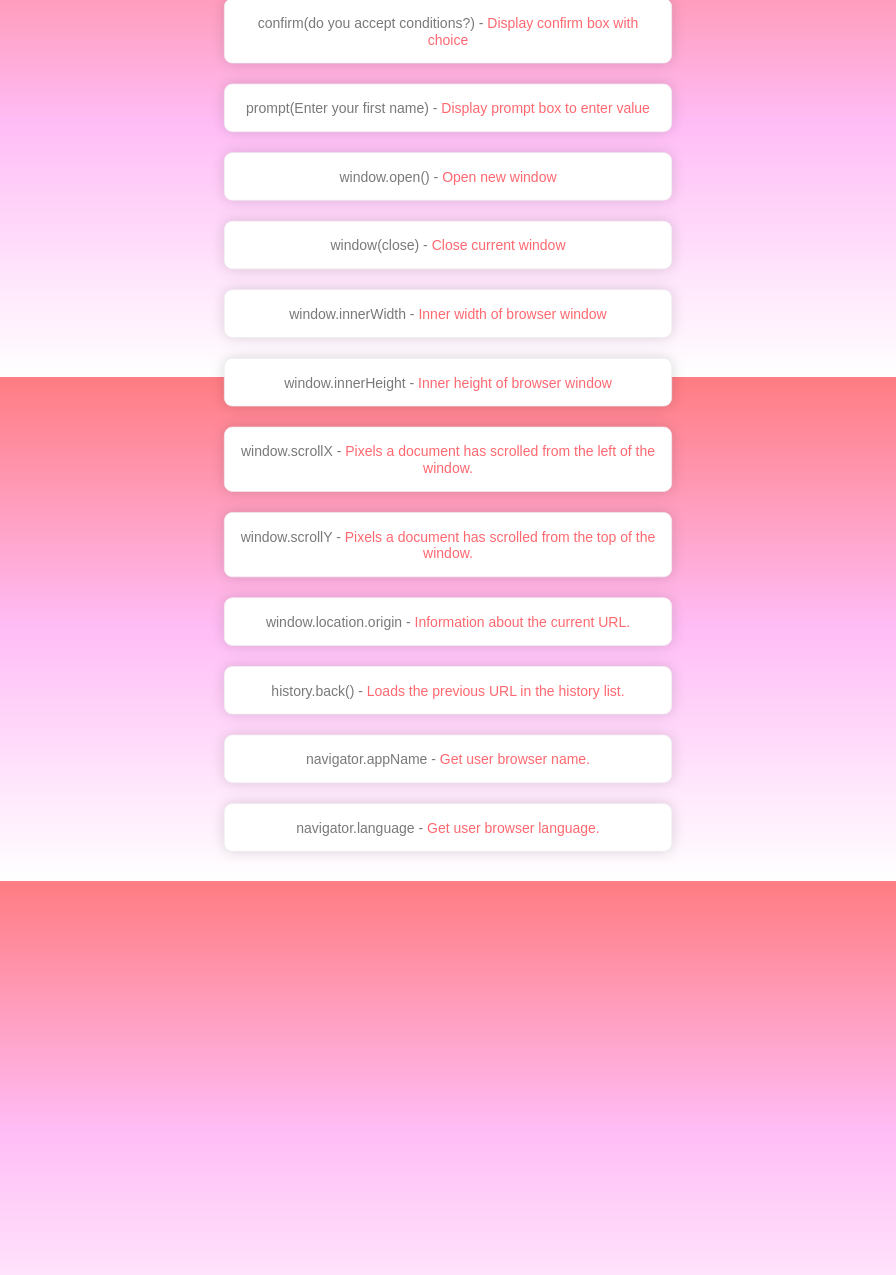
Repository: michalgornicki/javascript
Page: /#/Window
An editor plug-in stored every save of this project. The page is shown before and after the next save, followed by the edit.
The browser window is 1280 px wide. The pictures show the part of the page from y = 901 to 2821 px (the page is 2723 px tall before and 2821 px after), at 70% of full size.
Backgrounds fixed to the window are drawn as part of the page. The project was rebuilt for these pictures with package versions that can differ from the ones it lists, and the page was loaded fresh each time. Also part of the build but not shown: src/index.css, src/components/arrays.jsx, src/components/variables.jsx, src/components/numbers.jsx, src/components/loops.jsx, src/components/async.jsx, src/components/DOM manipulation.jsx.

Above is the page before, as saved 2022-02-01 08:35:32.

### src/App.jsx
import React from "react";
import "./App.css";
import "bootstrap/dist/css/bootstrap.min.css";
import { Route, HashRouter as Router, Routes, Link } from "react-router-dom";
import Arrays from "./components/arrays.jsx"
import Variables from "./components/variables.jsx"
import Numbers from "./components/numbers.jsx"
import Loops from "./components/loops.jsx"
import Async from "./components/async.jsx"
import DOM from "./components/DOM manipulation.jsx"
import Window from "./components/window.jsx"

function App() {


  return (
    <Router>
    <div className="text-center">
      <div className="display-1 mt-1 mb-5 text-white">Javascript repeat course</div>

      <div className="h3 d-flex w-75 m-auto my-5 justify-content-evenly flex-wrap text-white">

      <Link className="link-style mx-3" to="/">Arrays and objects</Link>
      <Link className="link-style mx-3" to="/Numbers">Numbers</Link>
      <Link className="link-style mx-3" to="/Variables">Variables</Link>
      <Link className="link-style mx-3" to="/Loops">Loops</Link>
      <Link className="link-style mx-3" to="/Async">Async</Link>
      <Link className="link-style mx-3" to="/DOM">DOM</Link>
      <Link className="link-style mx-3" to="/Window">Window</Link>


      </div>

      <Routes>
          <Route path="/" element={<Arrays />} />
          <Route path="/Numbers" element={<Numbers />} />
          <Route path="/Variables" element={<Variables />} />
          <Route path="/Loops" element={<Loops />} />
          <Route path="/Async" element={<Async />} />
          <Route path="/DOM" element={<DOM />} />
          <Route path="/Window" element={<Window />} />
        </Routes>


    </div>
    </Router>
  );
}

export default App;

### src/App.css
body{
    font-family: Arial, Helvetica, sans-serif!important;
    overflow-x: hidden;
    padding-bottom: 80vh;
    height: auto;
    background: linear-gradient(0deg, rgb(255, 255, 255), rgb(255, 189, 246), rgb(255, 124, 130));
    background-attachment: fixed;
}

.js-item{
    color:rgb(121, 121, 121);
    background-color: white;
    transition: 0.2s;
    padding: 3vh;
    margin-bottom: 4vh!important;
    border: 1px solid rgb(240, 240, 240);
    width: 50%;
    margin-left: auto;
    margin-right: auto;
    box-shadow: 0px 0px 20px rgba(0, 0, 0, 0.15);
    border-radius: 0.75rem;
}

.js-item:hover{
    cursor: pointer;
    background-color: rgb(240, 240, 240);
}

.text-pink{
    color:rgb(255, 104, 112)!important;
}

.link-style{
    color: inherit;
    text-decoration: inherit;
}

.link-style:hover{
    color: rgb(255, 104, 112);
}

@media only screen and (max-device-width: 600px), (max-width: 600px) {

    .js-item{
        width: 95%;
    }

}

### src/components/window.jsx
const Window = () => {
  return (
    <div className="">
      <div className="js-item h5">
        {" "}
        <span className="">{"Window"} -</span>
        <span className="text-pink"> This object represents an open window in a browser.</span> <br />
      </div>
      <div className="js-item h5">
        {" "}
        <span className="">{"setInterval(() => function(), 500)"} -</span>
        <span className="text-pink"> Repeat function() every 500 miliseconds </span> <br />
      </div>
      <div className="js-item h5">
        {" "}
        <span className="">{"clearInterval(myInterval)"} -</span>
        <span className="text-pink"> Clear myInterval from executing </span> <br />
      </div>
      <div className="js-item h5">
        {" "}
        <span className="">{"setTimeout(() => function(), 500)"} -</span>
        <span className="text-pink"> Execute function() after 500 miliseconds </span> <br />
      </div>
      <div className="js-item h5">
        {" "}
        <span className="">{"clearTimeout(MyTimeout)"} -</span>
        <span className="text-pink"> Prevent MyTimeout from executing </span> <br />
      </div>
      <div className="js-item h5">
        {" "}
        <span className="">{"alert(message)"} -</span>
        <span className="text-pink"> Display alert box with your message </span> <br />
      </div>
      <div className="js-item h5">
        {" "}
        <span className="">{"confirm(do you accept conditions?)"} -</span>
        <span className="text-pink"> Display confirm box with choice </span> <br />
      </div>
      <div className="js-item h5">
        {" "}
        <span className="">{"prompt(Enter your first name)"} -</span>
        <span className="text-pink"> Display prompt box to enter value </span> <br />
      </div>
      <div className="js-item h5">
        {" "}
        <span className="">{"window.open()"} -</span>
        <span className="text-pink"> Open new window </span> <br />
      </div>
      <div className="js-item h5">
        {" "}
        <span className="">{"window(close)"} -</span>
        <span className="text-pink"> Close current window </span> <br />
      </div>
      <div className="js-item h5">
        {" "}
        <span className="">{"window.innerWidth"} -</span>
        <span className="text-pink"> Inner width of browser window </span> <br />
      </div>
      <div className="js-item h5">
        {" "}
        <span className="">{"window.innerHeight"} -</span>
        <span className="text-pink"> Inner height of browser window </span> <br />
      </div>
      <div className="js-item h5">
        {" "}
        <span className="">{"window.scrollX"} -</span>
        <span className="text-pink"> Pixels a document has scrolled from the left of the window.</span> <br />
      </div>
      <div className="js-item h5">
        {" "}
        <span className="">{"window.scrollY"} -</span>
        <span className="text-pink"> Pixels a document has scrolled from the top of the window. </span> <br />
      </div>
      <div className="js-item h5">
        {" "}
        <span className="">{"window.location.origin"} -</span>
        <span className="text-pink"> Information about the current URL.</span> <br />
      </div>
      <div className="js-item h5">
        {" "}
        <span className="">{"history.back()"} -</span>
        <span className="text-pink"> Loads the previous URL in the history list.</span> <br />
      </div>
      <div className="js-item h5">
        {" "}
        <span className="">{"navigator.appName"} -</span>
        <span className="text-pink"> Get user browser name.</span> <br />
      </div>
      <div className="js-item h5">
        {" "}
        <span className="">{"navigator.language"} -</span>
        <span className="text-pink"> Get user browser language.</span> <br />
      </div>
    </div>
  );
};

export default Window;

Loaded but not shown: public/index.html (common file); src/index.js (common file); src/reportWebVitals.js (common file)

After the next save:
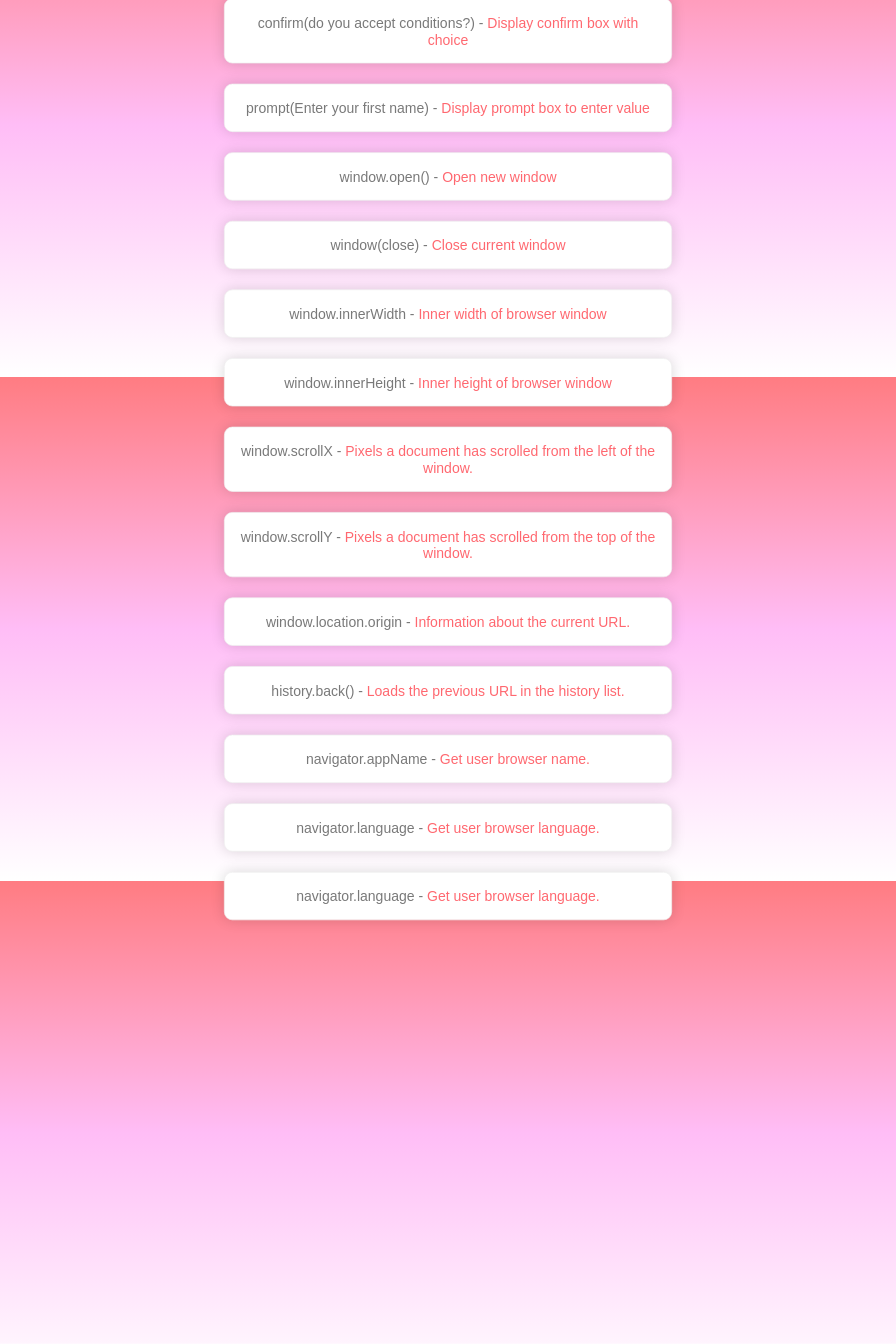
Saved 31 s later.
--- a/src/components/window.jsx
+++ b/src/components/window.jsx
@@ -91,6 +91,11 @@ const Window = () => {
         <span className="">{"navigator.language"} -</span>
         <span className="text-pink"> Get user browser language.</span> <br />
       </div>
+      <div className="js-item h5">
+        {" "}
+        <span className="">{"navigator.language"} -</span>
+        <span className="text-pink"> Get user browser language.</span> <br />
+      </div>
     </div>
   );
 };
